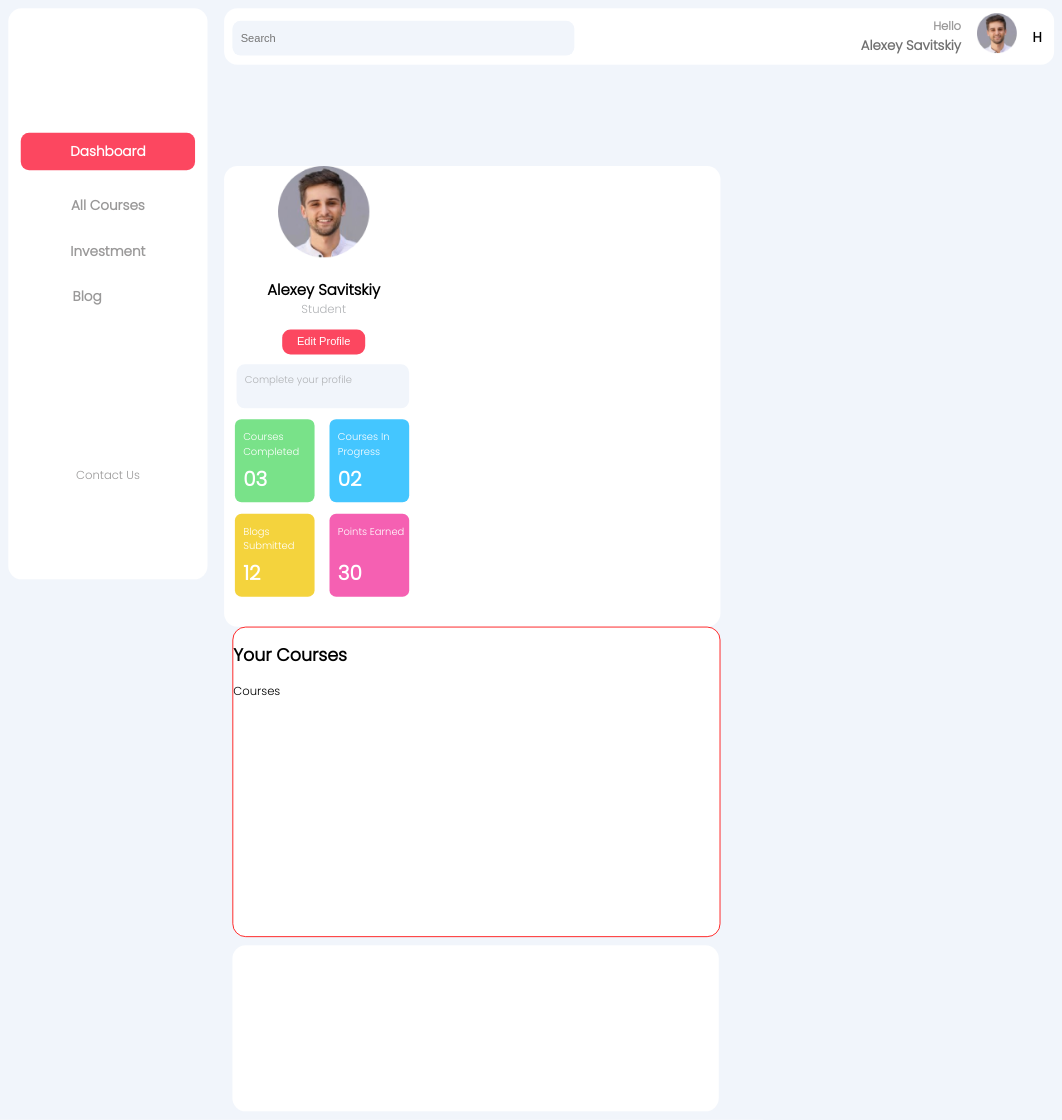
Repository: Anuruddha00/dashboard-design
Page: /
These files come from the project's save history. The page is drawn as it stood at one moment and after the next save; the edit follows.
The browser window is 1280 px wide. The pictures show the whole page, at 83% of full size.
The project was rebuilt for these pictures with package versions that can differ from the ones it lists, and the page was loaded fresh each time.

Above is the page before, as saved 2021-05-07 17:14:21.

After the next save:
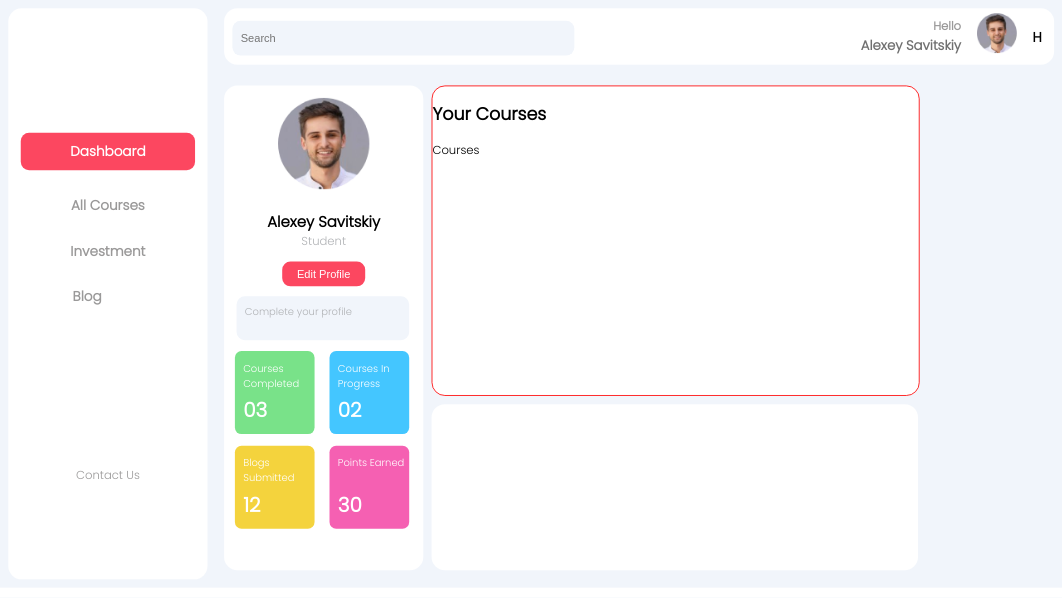
Saved 13 s later.
--- a/src/containers/Dashboard/Dashboard.js
+++ b/src/containers/Dashboard/Dashboard.js
@@ -35,53 +35,51 @@ const dashboard = () =>{
                             </div>
                         </nav>
                         <div className='contentBody'>
-                            <div className='contentBodySection'>
-                                <section className='details'>
-                                    <div className='detailsAbout'>
-                                        <div className='detailsAboutProfile'>
-                                            <img src='./assets/Image 12.png'/>
-                                            <h3>Alexey Savitskiy</h3>
-                                            <p>Student</p>
-                                            <button>Edit Profile</button>
+                            <section className='details'>
+                                <div className='detailsAbout'>
+                                    <div className='detailsAboutProfile'>
+                                        <img src='./assets/Image 12.png'/>
+                                        <h3>Alexey Savitskiy</h3>
+                                        <p>Student</p>
+                                        <button>Edit Profile</button>
+                                    </div>
+                                    <div className='detailsAboutComplete'>
+                                        <p>Complete your profile</p>
+                                    </div>
+                                    <div className='detailsAboutProgress'>
+                                        <div className='detailsAboutProgressCompleted'>
+                                            <p>Courses Completed</p>
+                                            <h1>03</h1>
                                         </div>
-                                        <div className='detailsAboutComplete'>
-                                            <p>Complete your profile</p>
+                                        <div className='detailsAboutProgressContinue'>
+                                            <p>Courses In Progress</p>
+                                            <h1>02</h1>
                                         </div>
-                                        <div className='detailsAboutProgress'>
-                                            <div className='detailsAboutProgressCompleted'>
-                                                <p>Courses Completed</p>
-                                                <h1>03</h1>
-                                            </div>
-                                            <div className='detailsAboutProgressContinue'>
-                                                <p>Courses In Progress</p>
-                                                <h1>02</h1>
-                                            </div>
-                                            <div className='detailsAboutProgressBlogs'>
-                                                <p>Blogs Submitted</p>
-                                                <h1>12</h1>
-                                            </div>
-                                            <div className='detailsAboutProgressPoints'>
-                                                <p>Points Earned</p>
-                                                <h1>30</h1>
-                                            </div>
+                                        <div className='detailsAboutProgressBlogs'>
+                                            <p>Blogs Submitted</p>
+                                            <h1>12</h1>
+                                        </div>
+                                        <div className='detailsAboutProgressPoints'>
+                                            <p>Points Earned</p>
+                                            <h1>30</h1>
                                         </div>
                                     </div>
+                                </div>
+                            </section>
+
+                            <section className='view'>
+                                <section className='courses'>
+                                    <nav className='coursesNavbar'>
+                                        <h2>Your Courses</h2>
+                                        <p className=''>Courses</p>
+                                    </nav>
                                 </section>
+                                <section className='blog'>
 
-                                <section className='view'>
-                                    <section className='courses'>
-                                        <nav className='coursesNavbar'>
-                                            <h2>Your Courses</h2>
-                                            <p className=''>Courses</p>
-                                        </nav>
-                                    </section>
-                                    <section className='blog'>
-
-                                    </section>
                                 </section>
-                            </div>
+                            </section>
                         </div>
-                    </section>
+                   </section>
                 </div>
             </div>
         </div>
